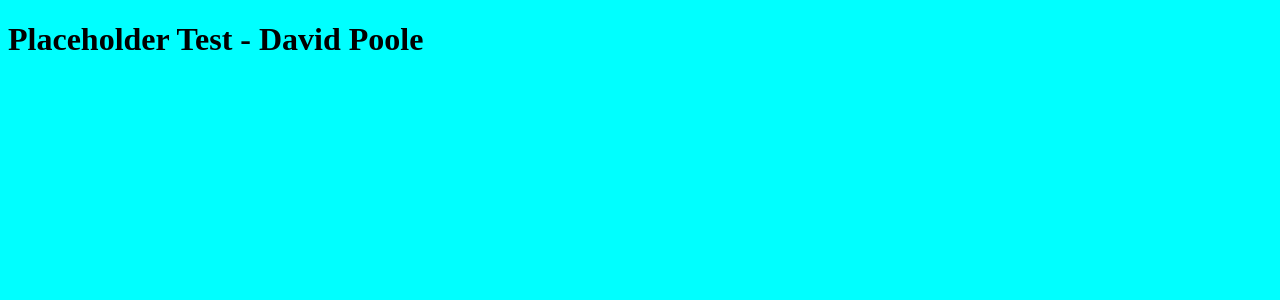
Repository: nss-evening-cohort-E23/gitsub-the-commit-commandos
Page: index.html
The author's editor kept a copy of each file at every save. The page is drawn from the files as they stood at one save, then again after the next save.
The browser window is 1280 px wide. The pictures show the whole page.

Above is the page before, as saved 2023-05-08 19:17:36.

### index.html
<!DOCTYPE html>
<html lang="en">
<head>
  <meta charset="UTF-8">
  <meta http-equiv="X-UA-Compatible" content="IE=edge">
  <meta name="viewport" content="width=device-width, initial-scale=1.0">
  <title>Gitsub - Commit Commandos</title>
  <link rel="stylesheet" href="main.css">
</head>
<body>
  <h1>Placeholder Test - David Poole</h1>


  <script src="main.js"></script>
</body>
</html>

### main.css
body{
  background-color: aqua;
}

### main.js
console.log('text log')
console.log("Trying to become a member of the team");

After the next save:
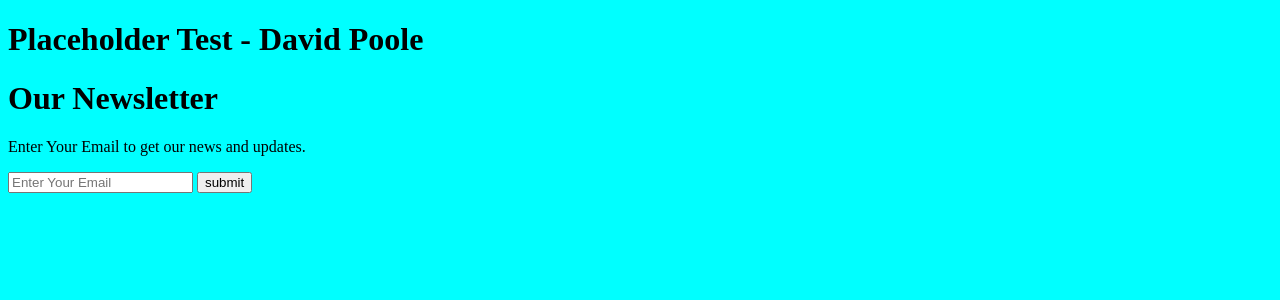
Saved 36 s later.
--- a/index.html
+++ b/index.html
@@ -10,7 +10,17 @@
 <body>
   <h1>Placeholder Test - David Poole</h1>
 
-
+  <div class="right-col">
+    <h1>Our Newsletter</h1>
+    <div class="border"></div>
+    <p>Enter Your Email to get our news and updates.</p>
+    <form action="" class="newsletter-form">
+      <input type="text" class="txtb" placeholder="Enter Your Email">
+      <input type="submit" class="btn" value="submit">
+    </form>
+  </div>
+</div>
+</footer>
   <script src="main.js"></script>
 </body>
 </html>
